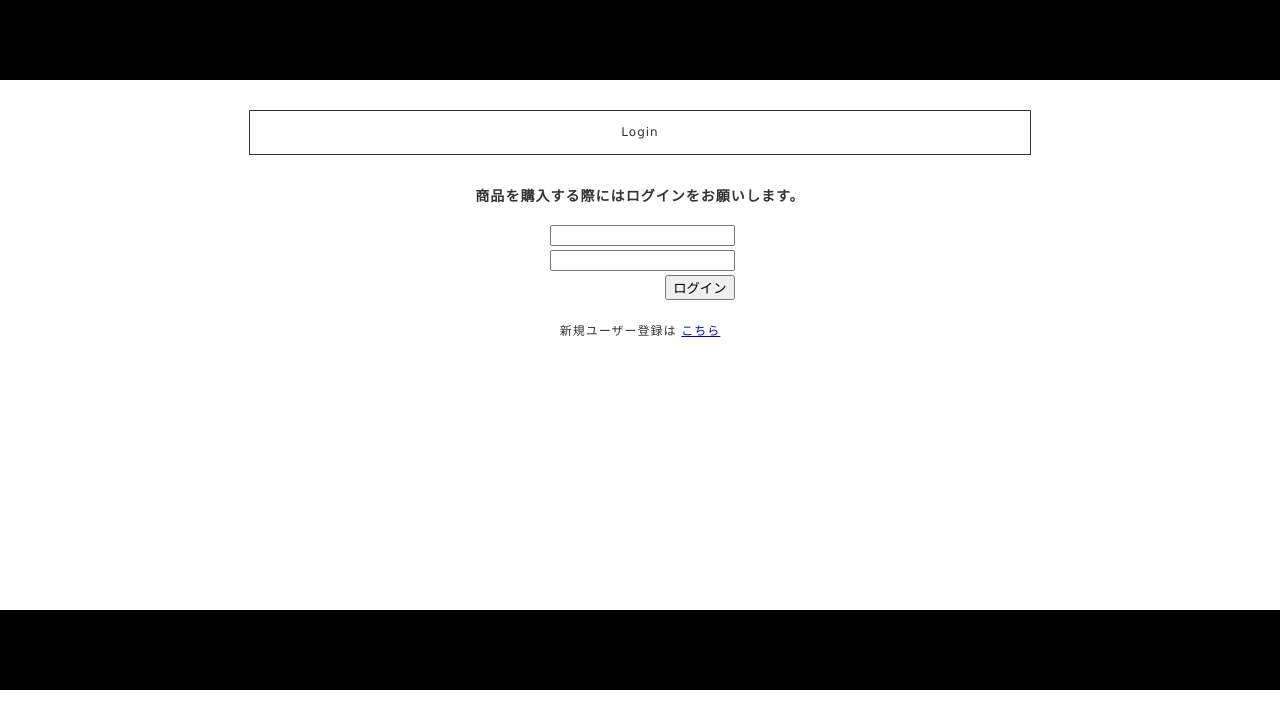
Repository: ryuhei0204/test
Page: http://localhost/template/HomeAction.action
These files come from the project's save history. The page is drawn as it stood at one moment and after the next save; the edit follows.
The browser window is 1280 px wide. The pictures show the whole page.
The page is served by Tomcat 9. Other server files are loaded and not shown.

Above is the page before, as saved 2019-05-20 02:35:54.

### template/WebContent/login.jsp
<%@ page language="java" contentType="text/html; charset=UTF-8"
    pageEncoding="UTF-8"%>
<%@ taglib prefix="s" uri="/struts-tags" %>
<!DOCTYPE html>
<html>
<head>
<meta  http-equiv="Content-Type" content="text/html; charset=UTF-8"/>
<meta  http-equiv="Content-Style-Type" content="text/css"/>
<meta  http-equiv="Content-Script-Type" content="text/javascript"/>
<meta  http-equiv="imagetoolbar" content="no"/>
<meta name="description" content=""/>
<meta name="keywords" content=""/>

<title>Login画面</title>

<style type="text/css">
/* ========TAG LAYOUT========*/
  body{
    margin:0;
    padding:0;
    line-height:1.6;
    letter-spacing:1px;
    font-family:Verdana,Helvetica,sans-serif;
    font-size:12px;
    color:#333;
    background:#fff;
  }

  table{
    text-align:center;
    margin:0 auto;
  }
  /* ========ID LAYOUT========*/
  #top{
    width:780px;
    margin:30px auto;
    border:1px solid #333;
  }

  #header{
    width: 100%;
    height:80px;
    background-color:black;
  }

  #main{
    width:100%;
    height:500px;
    text-align:center;
  }

  #footer{
    width:100%;
    height:80px;
    background-color:black;
    clear:both;
  }
</style>
</head>
<body>
  <div id="header">
    <div id="pr">
    </div>
  </div>
  <div id="main">
    <div id="top">
      <p>Login</p>
    </div>
    <div>
      <h3>商品を購入する際にはログインをお願いします。</h3>
      <s:form action="LoginAction">
        <s:textfield name="loginUserId"/>
        <s:password name="loginPassword"/>
        <s:submit value="ログイン"/>
      </s:form>
      <br/>

      <div>
        <span>新規ユーザー登録は
          <a href='<s:url action="UserCreateAction"/>'>こちら</a>
        </span>
      </div>
    </div>
  </div>

  <div id="footer">
    <div id="pr">
    </div>
  </div>
</body>
</html>

After the next save:
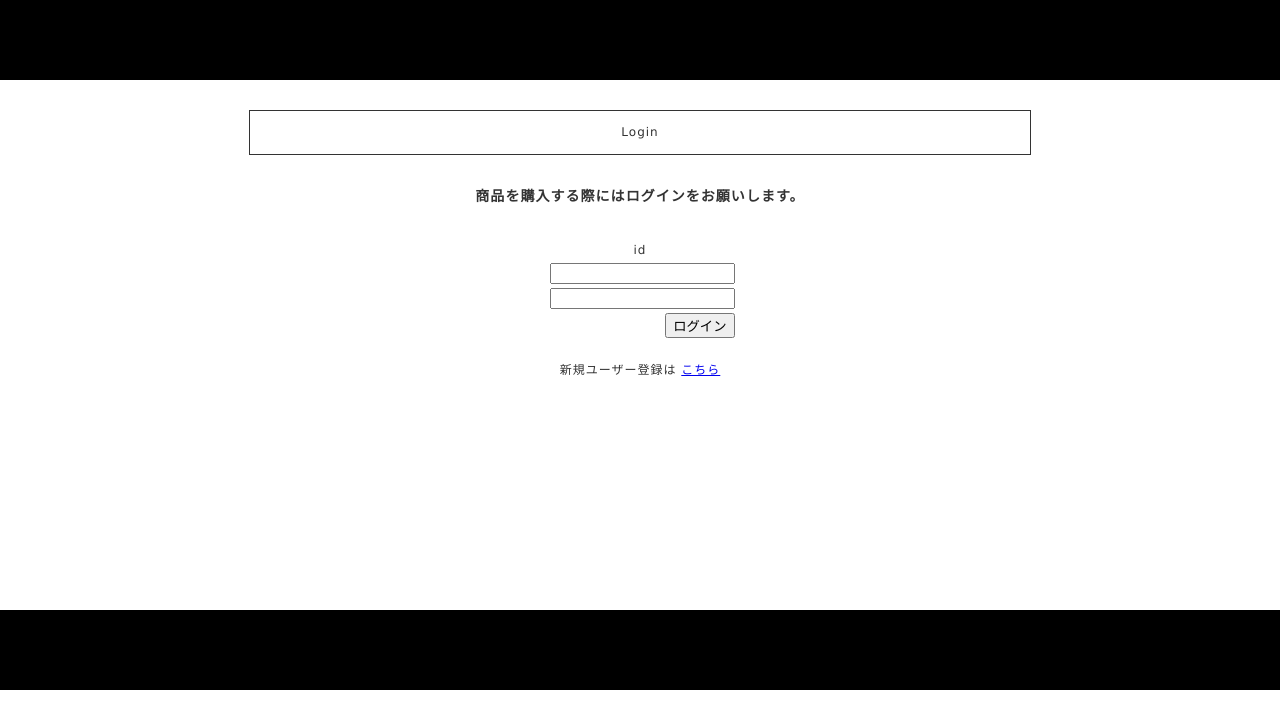
Saved 35 s later.
--- a/template/WebContent/login.jsp
+++ b/template/WebContent/login.jsp
@@ -69,7 +69,8 @@
     <div>
       <h3>商品を購入する際にはログインをお願いします。</h3>
       <s:form action="LoginAction">
-        <s:textfield name="loginUserId"/>
+        <s:textfield name="loginUserId"/><br>
+        id<br>
         <s:password name="loginPassword"/>
         <s:submit value="ログイン"/>
       </s:form>

After the save that followed:
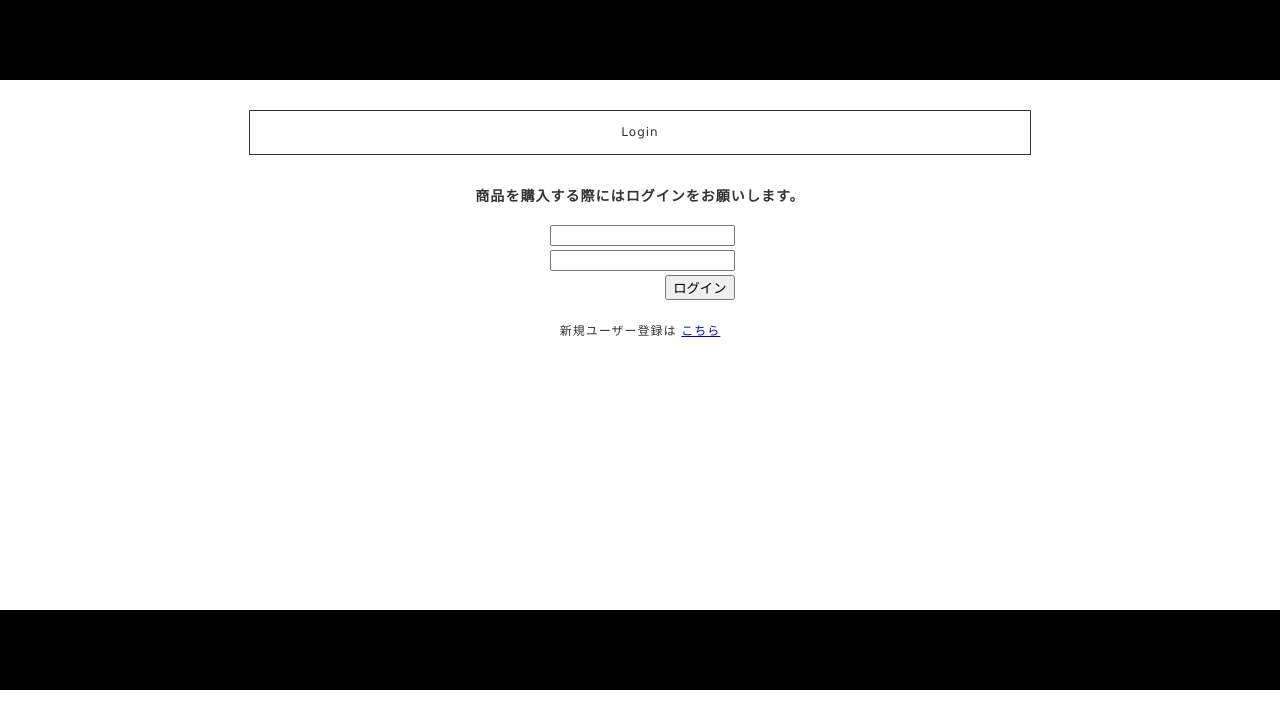
Saved 55 s later.
--- a/template/WebContent/login.jsp
+++ b/template/WebContent/login.jsp
@@ -69,8 +69,7 @@
     <div>
       <h3>商品を購入する際にはログインをお願いします。</h3>
       <s:form action="LoginAction">
-        <s:textfield name="loginUserId"/><br>
-        id<br>
+        <s:textfield name="loginUserId"/>
         <s:password name="loginPassword"/>
         <s:submit value="ログイン"/>
       </s:form>
